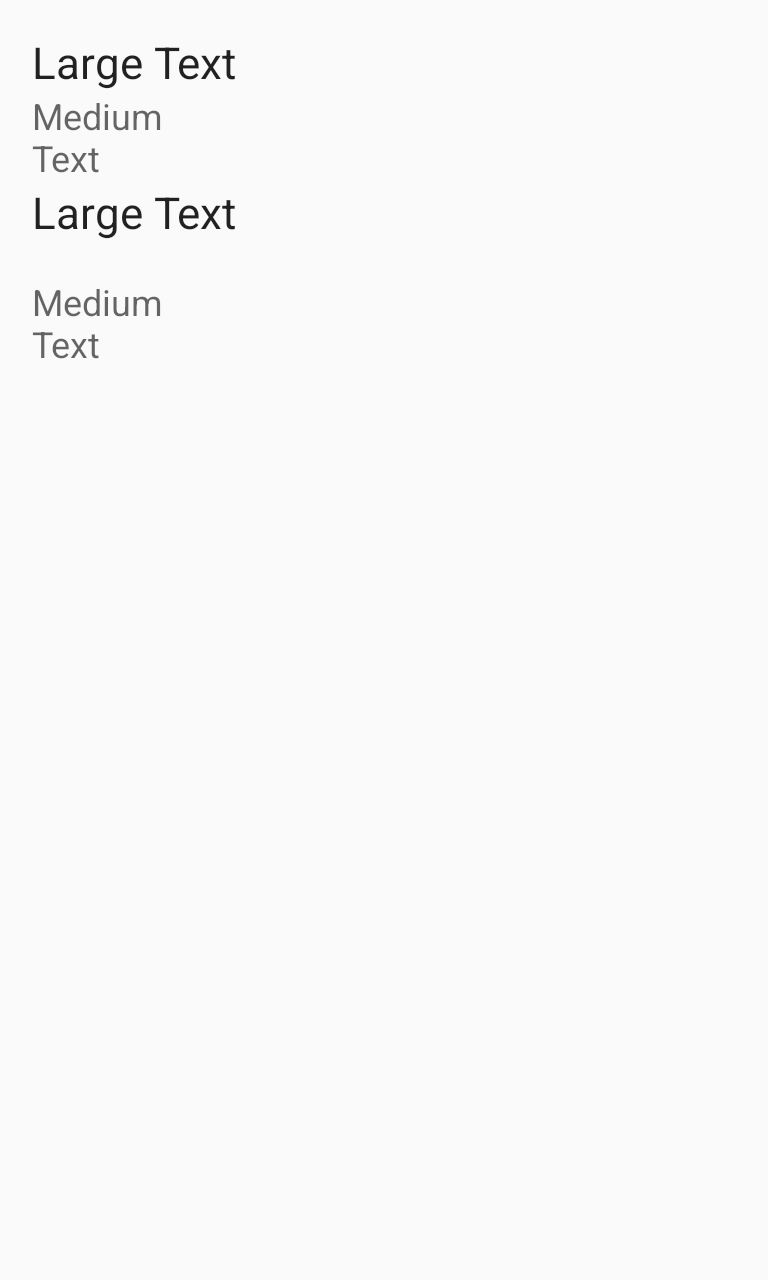
Repository: xiaoniao/home
Layout: android_training/VolleyTraing/res/layout/activity_main.xml
These files come from the project's save history. The layout is drawn as it stood at one moment and after the next save; the edit follows.
It is drawn on a 768 x 1280 px phone screen (xhdpi) without system bars, with theme AppTheme; the app's code is not run.

Above is the layout before, as saved 2014-09-04 13:08:28.

After the next save:
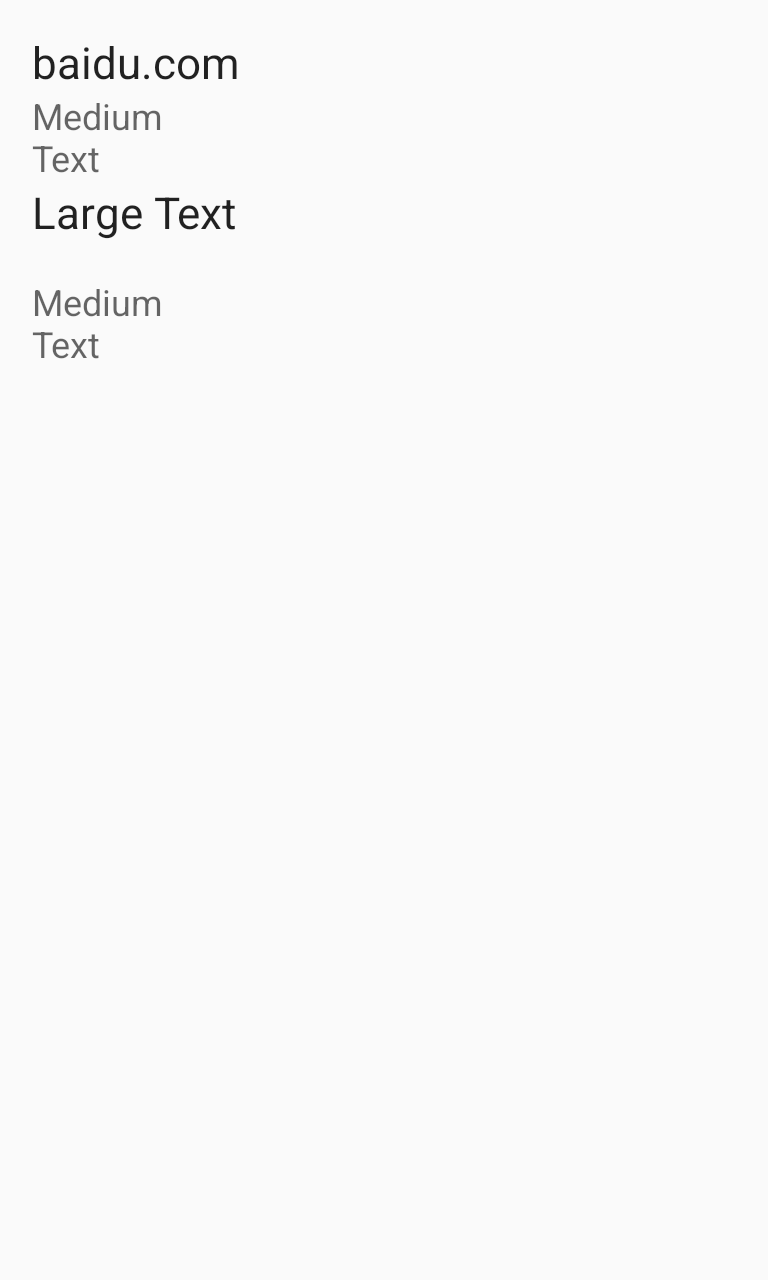
Saved 19 s later.
--- a/android_training/VolleyTraing/res/layout/activity_main.xml
+++ b/android_training/VolleyTraing/res/layout/activity_main.xml
@@ -18,7 +18,7 @@
             android:layout_height="wrap_content"
             android:layout_alignParentLeft="true"
             android:layout_alignParentTop="true"
-            android:text="Large Text"
+            android:text="baidu.com"
             android:textAppearance="?android:attr/textAppearanceLarge" />
 
         <TextView
